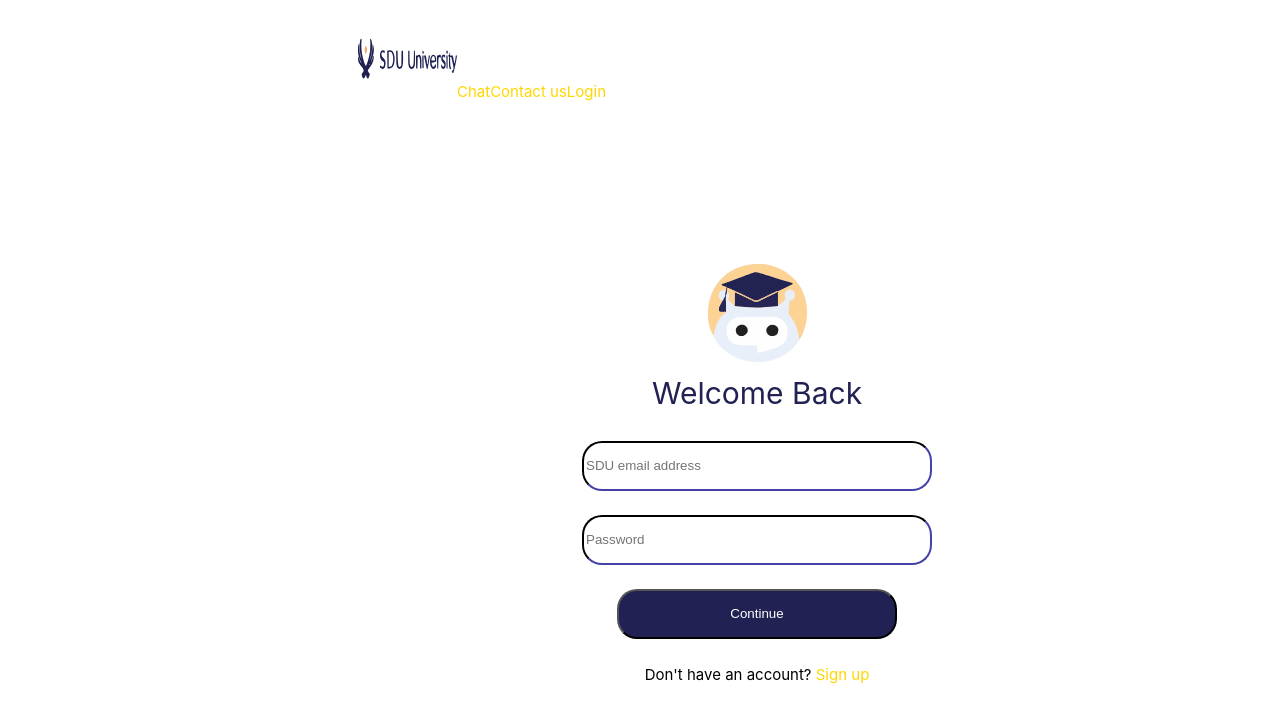
Repository: tolepbekova/Community_v.l
Page: /login
These files come from the project's save history. The page is drawn as it stood at one moment and after the next save; the edit follows.
The browser window is 1280 px wide. The pictures show the whole page.
The project was rebuilt for these pictures with package versions that can differ from the ones it lists, and the page was loaded fresh each time. Also part of the build but not shown: vite.config.js, src/components/HelloWorld.vue. Imported but missing from the stored project, and not drawn on this page: src/views/Change.vue.

Above is the page before, as saved 2024-05-10 07:21:23.

After the next save:
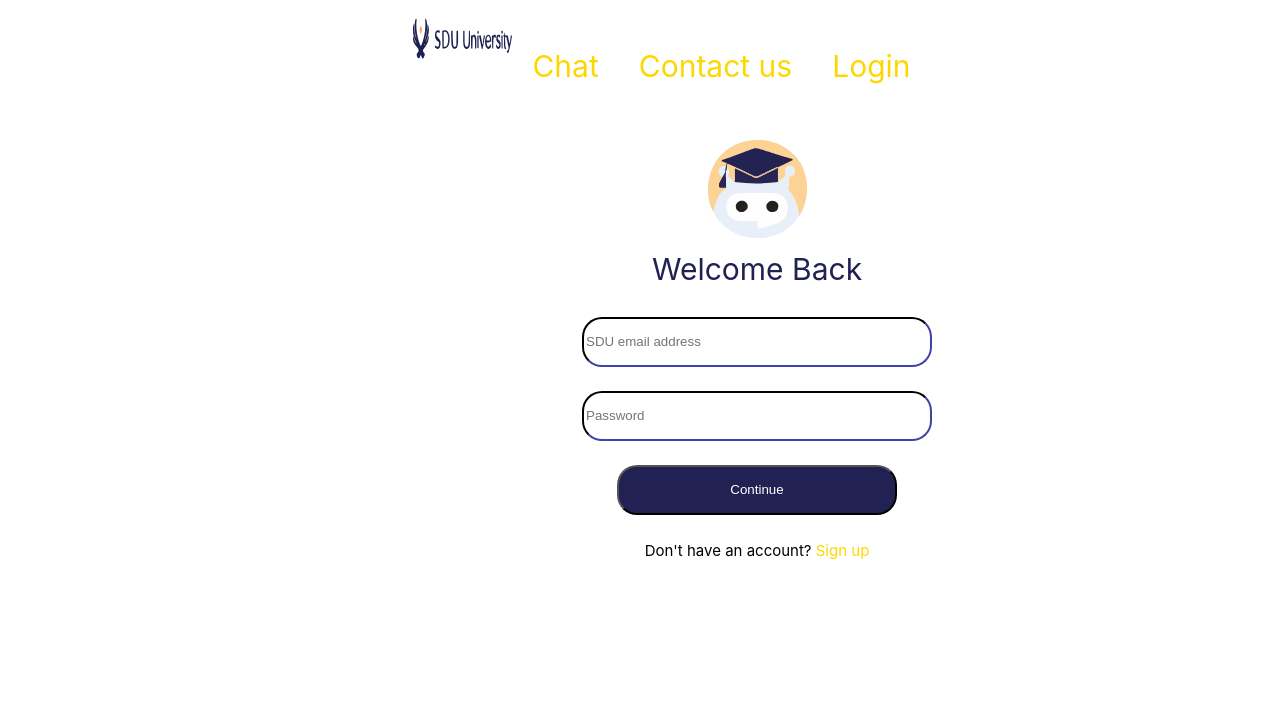
Saved 49 s later.
--- a/src/views/Login.vue
+++ b/src/views/Login.vue
@@ -72,16 +72,26 @@ h1 {
     color: rgba(33, 33, 83, 1);
 }
 
+#app {
+    display: flex;
+
+}
+
 #header {
     display: flex;
+    width: 100%;
+    flex-direction: column;
     align-items: center;
-    justify-content: space-around;
-    padding: 20px 80px;
-
-}
-
-#header img {
-    width: 218px;
+    justify-content: space-between;
+    position: fixed;
+    margin-left: 0px;
+    margin-right: 0px;
+    margin-top: 0px;
+    color:rgba(33, 33, 83, 1) ;
+}
+
+.logo {
+    width: 270px;
     height: 77px;
 }
 
@@ -90,39 +100,47 @@ h1 {
     align-items: center;
     justify-content: center;
 }
-
-#navbar li {
+span  {
     list-style: none;
     padding: 0 20px;
-}
-
-#navbar li a {
     text-decoration: none;
     font-size: 30px;
     color: rgba(33, 33, 83, 1);
     transition: 0.3s ease;
 }
 
-#navnar li a:hover {
-    color: rgb(237, 237, 167);
-}
+#navbar li :hover {
+    color: rgba(33, 33, 83, 1);
+}
+h1 {
+  color: rgba(33, 33, 83, 1);
+}
+
 
 .abrow {
-    margin: 20px auto;
-    display: block;
-    text-align: center;
-    margin-left: 550px;
+  margin: 20px auto;
+  display: block;
+  text-align: center;
+  margin-left: 550px;
 }
 
 .abcolu {
-    margin: 0 auto;
-    display: block;
-    text-align: center;
+  margin: 0 auto;
+  display: block;
+  text-align: center;
 }
 
 img {
-    max-width: 99px;
-    max-height: 99px;
+  max-width: 99px;
+  max-height: 99px;
+}
+
+
+.abp {
+  margin: 0 auto;
+  display: block;
+  width: 670px;
+  height: 100px;
 }
 
 
